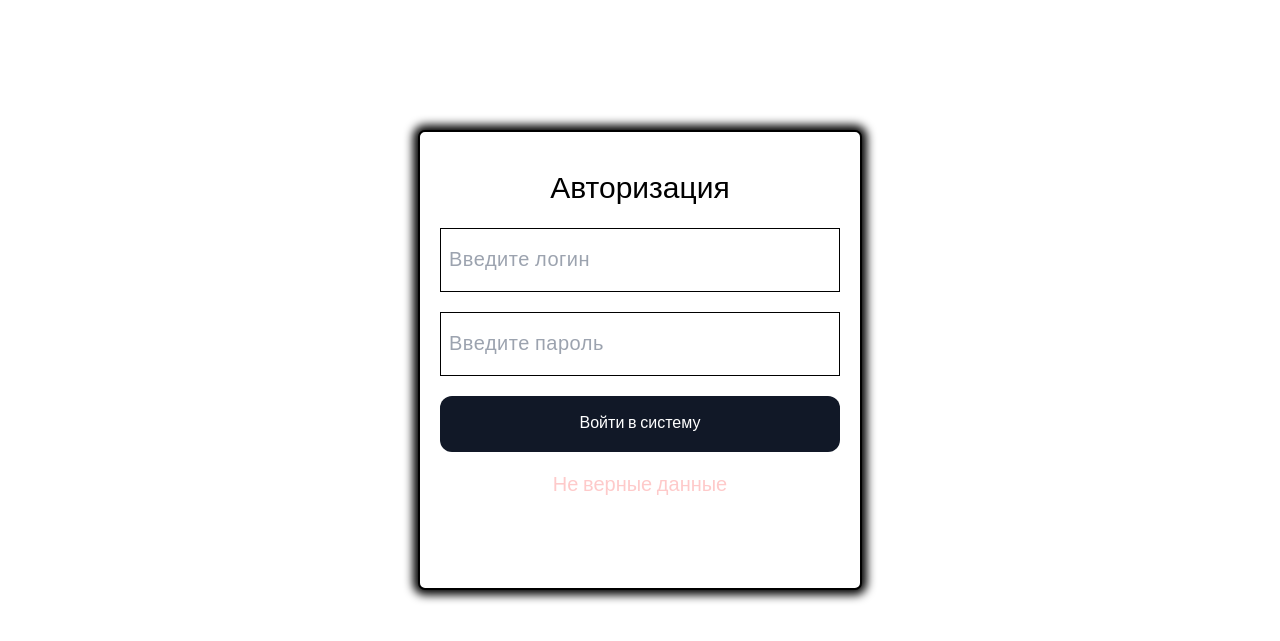
Repository: AlearvickOne/CartridgesApp
Page: /
These files come from the project's save history. The page is drawn as it stood at one moment and after the next save; the edit follows.
The browser window is 1280 px wide. The pictures show the whole page.
The page's requests for data from a server got no answer. The project was rebuilt for these pictures with package versions that can differ from the ones it lists, and the page was loaded fresh each time. The framework's server and built-in components were replaced by stand-ins that run in the browser. No one was signed in, and anything a server would have sent is missing. Also part of the build but not shown: next.config.mjs.

Above is the page before, as saved 2024-04-19 15:45:38.

### src/app/layout.tsx
import type { Metadata } from "next";
import { Catamaran } from "next/font/google";
import "./globals.scss";
import { AuthProvider } from "@/Providers/AuthProvider";
import { QueryProvider } from "@/Providers/QueryProvider";

const catamaran = Catamaran({ subsets: ["latin"], weight: ["100", "200", "400", "900"] });

export const metadata: Metadata = {
  title: "Cartridge App",
  description: "Application cartridge",
};

export default function RootLayout({
  children,
}: Readonly<{
  children: React.ReactNode;
}>) {
  return (
    <html lang="en">
      <body className={catamaran.className}>
        <QueryProvider>
          <AuthProvider>{children}</AuthProvider>
        </QueryProvider>
      </body>
    </html>
  );
}

### src/app/page.tsx
import { redirect } from "next/navigation";
import AuthorizationPage from "../components/AuthorizationPage";
import { auth, signIn } from "./api/auth/configs/auth";
import { FormEventHandler } from "react";
import { SignInError } from "@auth/core/errors";
import { AuthError } from "next-auth";
import { unknown } from "zod";

export default async function Home() {
  const session = await auth();

  const handleSubmit = async (
    login: FormDataEntryValue | null,
    password: FormDataEntryValue | null
  ) => {
    "use server";

    try {
      await signIn("credentials", {
        login: login,
        password: password,
        redirectTo: "/lobby",
      });
    } catch (error) {
      if (error instanceof AuthError) {
        switch (error.type) {
          case "CredentialsSignin":
            return "Invalid user";
          default:
            return "Not found error";
        }
      }
      throw error;
    }
  };

  return (
    <div>
      <AuthorizationPage handleSubmit={handleSubmit} />
    </div>
  );
}

### src/Providers/AuthProvider.tsx
"use client";

import { SessionProvider } from "next-auth/react";
import { PropsWithChildren } from "react";

export const AuthProvider = ({ children }: PropsWithChildren) => {
  return <SessionProvider>{children}</SessionProvider>;
};

### src/Providers/QueryProvider.tsx
"use client";

import { QueryClient, QueryClientProvider } from "@tanstack/react-query";
import { PropsWithChildren } from "react";

const queryClient = new QueryClient();

export function QueryProvider({ children }: PropsWithChildren) {
  return <QueryClientProvider client={queryClient}>{children}</QueryClientProvider>;
}

### src/components/AuthorizationPage.tsx
"use client";
import styles from "@/styles/home/Home.module.scss";
import { useSession } from "next-auth/react";
import Image from "next/image";
import { useRouter } from "next/navigation";
import { useEffect, useState } from "react";
import SyncIcon from "@mui/icons-material/Sync";

interface ISession {
  handleSubmit: (login: FormDataEntryValue | null, password: FormDataEntryValue | null) => void;
}

function AuthorizationPage({ handleSubmit }: ISession) {
  const [isClick, setIsClick] = useState<boolean>(false);

  const session = useSession();
  console.log(isClick);

  return (
    <main className={styles.authContainer}>
      <div className={styles.authForm_wrapper}>
        <h1 className="mb-5 text-center text-xl">Авторизация</h1>
        <form
          action={async (formData) => {
            const res = await handleSubmit(formData.get("login"), formData.get("password"));
            typeof res !== "undefined" ? setIsClick(false) : setIsClick(true);
          }}
          className={styles.authForm}
        >
          <input type="text" name="login" placeholder="Введите логин" />
          <input type="text" name="password" placeholder="Введите пароль" />
          <button type="submit" onClick={() => setIsClick(true)}>
            {isClick ? <SyncIcon className="animate-spin" /> : "Войти в систему"}
          </button>

          {isClick ? (
            <></>
          ) : (
            <p className="mt-5 text-center text-red-200 text-xl">Не верные данные</p>
          )}
        </form>
      </div>
    </main>
  );
}

export default AuthorizationPage;

### src/app/api/auth/configs/auth.ts
import NextAuth from "next-auth";
import CredentialsProvider from "next-auth/providers/credentials";
import { UsersAuthStore } from "@/stores/usersStore";
import { IUsersAuth } from "@/types/auth.interface";
import { Provider } from "next-auth/providers";
import { signInSchema } from "../utils/zod";
import { ZodError } from "zod";

const providers: Provider[] = [
  CredentialsProvider({
    credentials: {
      login: { label: "text", type: "text" },
    },
    authorize: async (credentials) => {
      try {
        const { login, password } = await signInSchema.parseAsync(credentials);

        await UsersAuthStore.getAuthUsersActon();
        const user = UsersAuthStore.usersAuth.find((person) => {
          if (person?.login === login && person.password === password) return person;
        });

        if (!user) {
          throw Error("user not found");
        }

        return user as IUsersAuth;
      } catch (error) {
        if (error instanceof ZodError) return null;
        return null;
      }
    },
  }),
];

export const configAuth = {
  providers,
  // pages: { signIn: "/" },
  secret: process.env.AUTH_SECRET,
};

export const {
  auth,
  signIn,
  signOut,
  handlers: { GET, POST },
} = NextAuth(configAuth);

### src/styles/home/Home.module.scss
.authContainer {
  @apply flex justify-center items-center h-screen bg-white transition-all;

  .authForm_wrapper {
    @apply border-[2px] border-black rounded-[7px] py-10 px-5  bg-white  text-black  shadow-upmd shadow-black;

    > h1 {
      @apply text-black text-3xl;
    }

    .authForm {
      @apply flex flex-col min-w-[25rem] min-h-[20rem];

      > input {
        @apply mb-5 px-2 text-xl tracking-wide outline-gray-900 border-[1px] border-black bg-white text-black w-full h-16;
      }

      > button {
        @apply bg-gray-900 p-2 rounded-xl hover:text-violet-200 text-white h-14;
      }
    }
  }
}

### src/stores/usersStore.tsx
import { IUsersAuth } from "@/types/auth.interface";
import { RequiresClass } from "../services/requires.class";

import { observable, action, makeObservable } from "mobx";

class UsersStore {
  usersAuth: IUsersAuth[] = [];

  constructor() {
    makeObservable(this, {
      usersAuth: observable,
      getAuthUsersActon: action,
    });
  }

  getAuthUsersActon = async () => {
    try {
      const res = await RequiresClass.getUserAuthInfo();
      this.usersAuth = res.data;
    } catch (err) {
      console.warn(err);
    }
  };
}

export const UsersAuthStore = new UsersStore();

### src/app/api/auth/utils/zod.ts
import { object, string } from "zod";

export const signInSchema = object({
  login: string({ required_error: "login is required" })
    .min(1, "login is required")
    .max(20, "Длина логина должна составлять не более 20 символов"),
  password: string({ required_error: "Password is required" })
    .min(1, "Пароль должен быть больше")
    .max(20, "Пароль не должен быть больше 20 символов"),
});

### src/services/requires.class.ts
import { IUsersAuth } from "@/types/auth.interface";
import axios from "axios";

class Requires {
  private URL = "https://661e51d298427bbbef042f3e.mockapi.io/";

  async getUserAuthInfo() {
    return await axios.get<IUsersAuth[]>(`${this.URL}users`);
  }
}

export const RequiresClass = new Requires();

### tailwind.config.ts
import type { Config } from "tailwindcss";

const config: Config = {
  content: [
    "./src/pages/**/*.{js,ts,jsx,tsx,mdx}",
    "./src/components/**/*.{js,ts,jsx,tsx,mdx}",
    "./src/app/**/*.{js,ts,jsx,tsx,mdx}",
  ],
  theme: {
    extend: {
      boxShadow: {
        upmd: "0px 0px 10px 5px rgba(0, 0, 0, 0.3)",
      },
      backgroundImage: {
        "gradient-radial": "radial-gradient(var(--tw-gradient-stops))",
        "gradient-conic": "conic-gradient(from 180deg at 50% 50%, var(--tw-gradient-stops))",
      },
    },
  },
  plugins: [],
};
export default config;

Loaded but not shown: src/app/globals.scss (common file)

After the next save:
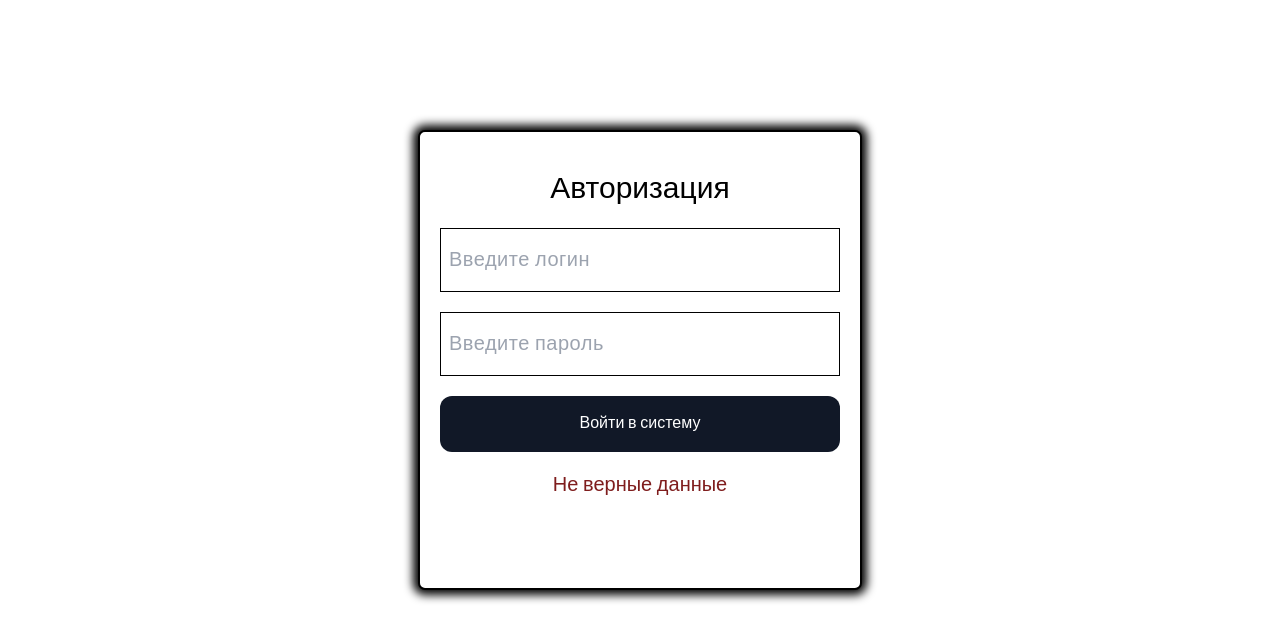
Saved 4 s later.
--- a/src/components/AuthorizationPage.tsx
+++ b/src/components/AuthorizationPage.tsx
@@ -36,7 +36,7 @@ function AuthorizationPage({ handleSubmit }: ISession) {
           {isClick ? (
             <></>
           ) : (
-            <p className="mt-5 text-center text-red-200 text-xl">Не верные данные</p>
+            <p className="mt-5 text-center text-red-900 text-xl">Не верные данные</p>
           )}
         </form>
       </div>
